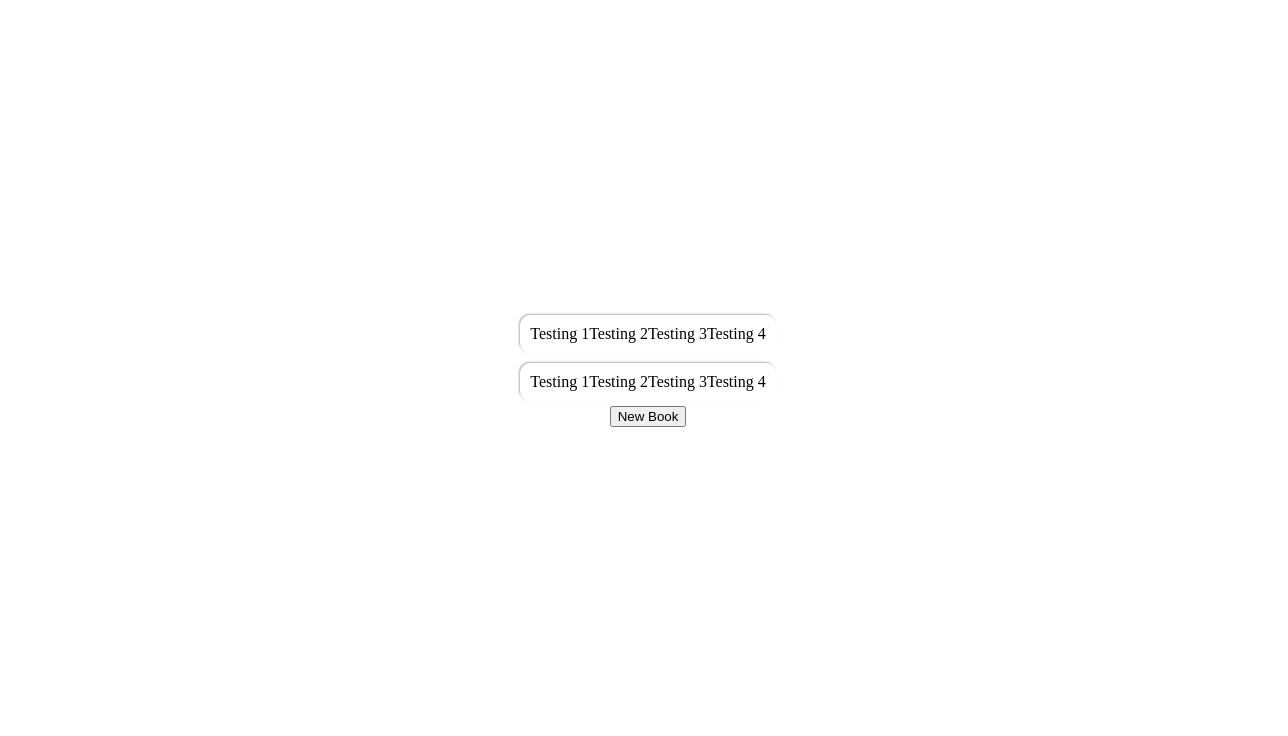
Repository: kocokoy/library
Page: index.html
These files come from the project's save history. The page is drawn as it stood at one moment and after the next save; the edit follows.
The browser window is 1280 px wide. The page is 1288 px wide, so the pictures cover 1288 px, including what lies to the right of the window. The pictures show the whole page.

Above is the page before, as saved 2024-11-05 15:50:07.

### index.html
<!DOCTYPE html>
<html lang="en">
<head>
  <meta charset="UTF-8">
  <meta name="viewport" content="width=device-width, initial-scale=1.0">
  <link rel="stylesheet" href="style.css">
  <title>Document</title>
</head>
<body>
  <div class="book-display jsBookDisplay">
    <div class="book-card">
      <div>Testing 1</div>
      <div>Testing 2</div>
      <div>Testing 3</div>
      <div>Testing 4</div>
    </div>
    <div class="book-card">
      <div>Testing 1</div>
      <div>Testing 2</div>
      <div>Testing 3</div>
      <div>Testing 4</div>
    </div>
    <button class="new-book-button jsNewBookButton">New Book</button>
  </div>
  <!-- <input class="jsBookTitle" type="text">
  <input class="jsBookAuthor" type="text">
  <input class="jsBookPages" type="text">
  <input class="jsBookRead" type="text">
 -->

<script src="script.js"></script>
</body>
</html>

### style.css
body{
  width: 100%;
  height: 100vh;
}
.book-display{
  height: 100%;
  display: flex;
  flex-direction: column;
  justify-content: center;
  align-items: center;
}
.book-card{
  box-shadow: -1px -1px 2px rgba(0, 0, 0, 0.3);
  padding: 10px;
  border-radius: 10px;
  display: flex;
  flex-direction: row;
  justify-content: center;
  align-items: center;
  margin: 5px;
}

.new-book-button{

}

### script.js
const bookTitleElement = document.querySelector('.jsBookTitle');
const bookAuthorElement = document.querySelector('.jsBookAuthor');
const bookPagesElement = document.querySelector('.jsBookPages');
const bookReadElement = document.querySelector('.jsBookRead');
const bookButtonElement = document.querySelector('.jsNewBookButton');
const myLibrary = [
  {title: 'To Kill a Mockingbird', author: 'Harper Lee', pages: 281, read: true},
  {title: '1984', author: 'George Orwell', pages: 328, read: false},
];

function Book(title,author,pages,read) {
  this.title = title;
  this.author = author;
  this.pages = pages;
  this.read = read;
  this.info = function(){
    const bookObj = {
      title: this.title,
      author: this.author,
      pages: this.pages,
      read: this.read,
    }
    return bookObj;
  };
}

function addBookToLibrary(title,author,pages,read) {
  const book = new Book(title,author,pages,read);
  myLibrary.push(book.info());
}

// bookButtonElement.addEventListener('click', () => {
//   const bookTitleValue = bookTitleElement.value;
//   const bookAuthorValue = bookAuthorElement.value;
//   const bookPagesValue = bookPagesElement.value;
//   const bookReadValue = bookReadElement.value;
//   bookTitleElement.value = '';
//   bookAuthorElement.value = '';
//   bookPagesElement.value = '';
//   bookReadElement.value = '';
//   addBookToLibrary(bookTitleValue,bookAuthorValue,bookPagesValue,bookReadValue);
//   console.log(myLibrary);
// })

After the next save:
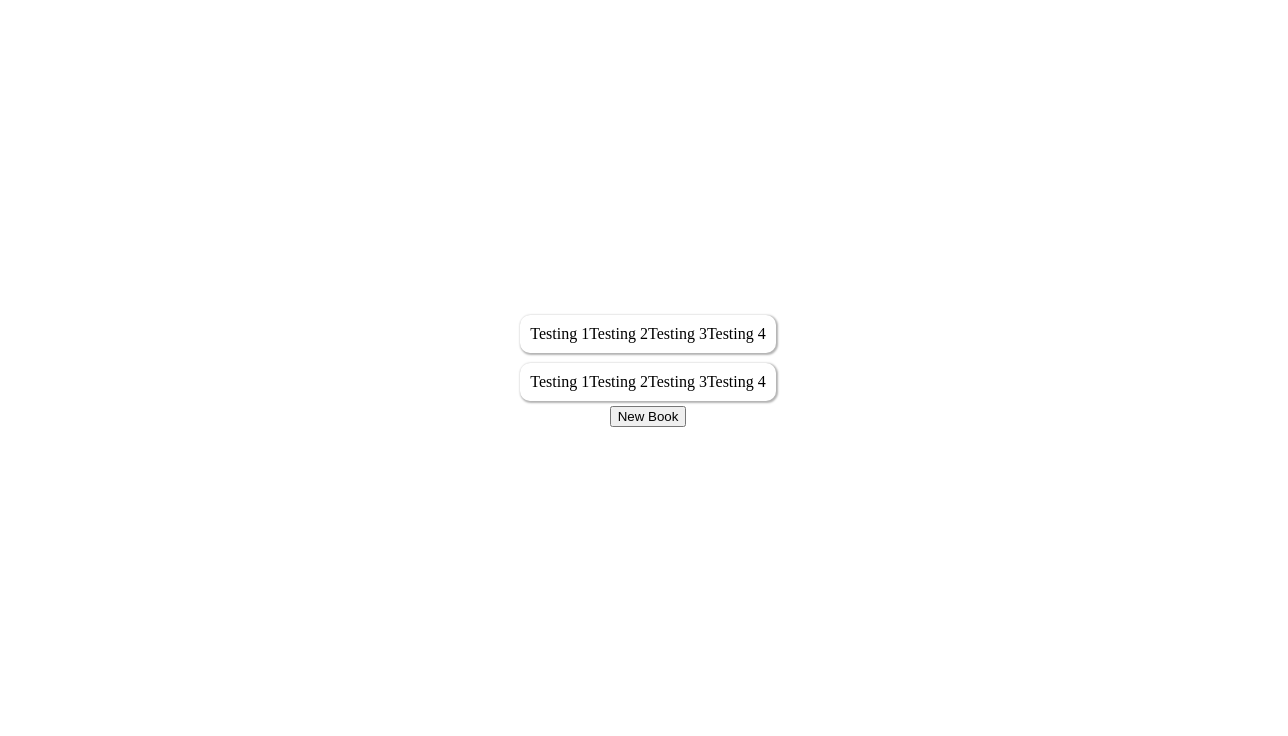
Saved 37 s later.
--- a/style.css
+++ b/style.css
@@ -10,7 +10,7 @@ body{
   align-items: center;
 }
 .book-card{
-  box-shadow: -1px -1px 2px rgba(0, 0, 0, 0.3);
+  box-shadow: 1px 1px 2px 1px rgba(0, 0, 0, 0.3);
   padding: 10px;
   border-radius: 10px;
   display: flex;
